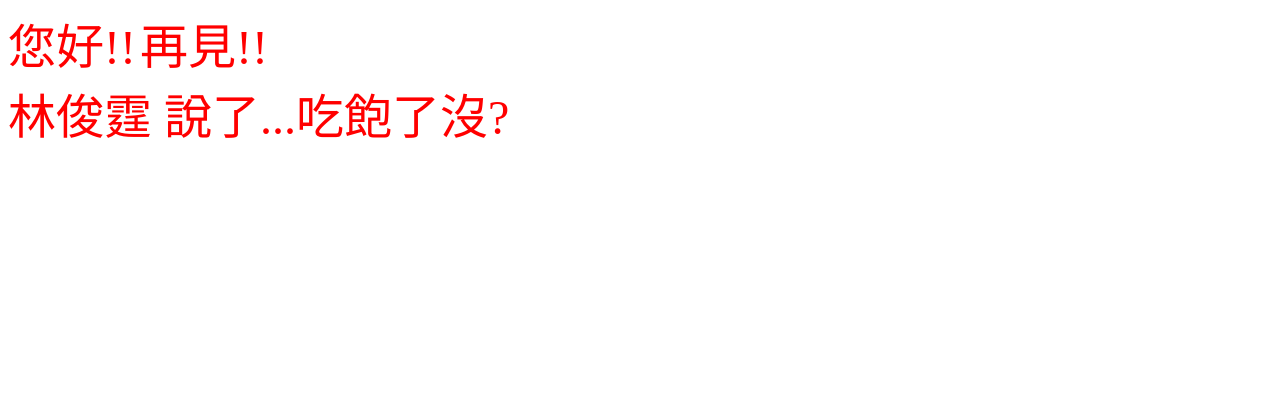
Repository: JunTingLin/web0620
Page: http://localhost/myWeb/testcustomizetag.jsp
An editor plug-in stored every save of this project. The page is shown before and after the next save, followed by the edit.
The browser window is 1280 px wide. The pictures show the whole page.
The page is served by Tomcat 9. Other server files are loaded and not shown.

Above is the page before, as saved 2022-06-25 17:04:16.

### myWeb/src/main/webapp/testcustomizetag.jsp
<%@ page language="java" contentType="text/html; charset=UTF-8"
    pageEncoding="UTF-8"%>
<%@ taglib prefix="junting" uri="http://www.junting.com.tw/tags" %>
<%@ taglib prefix="c" uri="http://java.sun.com/jsp/jstl/core" %>
<!DOCTYPE html>
<html>
<head>
<meta charset="UTF-8">
<title>Insert title here</title>
</head>
<body>
	<c:set var="myname" value="林俊霆"></c:set>
	<junting:hello/>
	<br>
	<junting:whoHello information="吃飽了沒?" who="${ myname }"/>
</body>
</html>

### myWeb/src/main/java/com/gjun/tags/HelloWorldTagHandler.java
package com.gjun.tags;



import java.io.IOException;

import javax.servlet.jsp.JspException;
import javax.servlet.jsp.JspWriter;
import javax.servlet.jsp.PageContext;
import javax.servlet.jsp.tagext.Tag;

public class HelloWorldTagHandler implements Tag{

	private PageContext pageContext;

	@Override
	public int doEndTag() throws JspException {
		JspWriter out = this.pageContext.getOut();
		try {
			out.println("<font size='7' color='red'>再見!!</font>");
		} catch (IOException e) {
			// TODO Auto-generated catch block
			e.printStackTrace();
		}
		return Tag.EVAL_PAGE;
	}

	@Override
	public int doStartTag() throws JspException {
		JspWriter out = this.pageContext.getOut();
		try {
			out.println("<font size='7' color='red'>您好!!</font>");
		} catch (IOException e) {
			// TODO Auto-generated catch block
			e.printStackTrace();
		}
		return Tag.EVAL_PAGE;
	}

	@Override
	public Tag getParent() {
		// TODO Auto-generated method stub
		return null;
	}

	@Override
	public void release() {
		// TODO Auto-generated method stub

	}

	@Override
	public void setPageContext(PageContext pageContext) {
		this.pageContext=pageContext;

	}

	@Override
	public void setParent(Tag t) {
		// TODO Auto-generated method stub

	}

}

### myWeb/src/main/java/com/gjun/tags/WhoHelloTagHandler.java
package com.gjun.tags;

import java.io.IOException;
import java.io.PrintWriter;

import javax.servlet.jsp.JspException;
import javax.servlet.jsp.JspWriter;
import javax.servlet.jsp.PageContext;
import javax.servlet.jsp.tagext.TagSupport;

public class WhoHelloTagHandler extends TagSupport{
	private String who;
	private String information;
	public String getWho() {
		return who;
	}
	public void setWho(String who) {
		this.who = who;
	}
	public String getInformation() {
		return information;
	}
	public void setInformation(String information) {
		this.information = information;
	}
	@Override
	public int doStartTag() throws JspException {
		PageContext pageContext = this.pageContext;
		JspWriter out = pageContext.getOut();
		String msg=String.format("<font size='7' color='red'>%s 說了...%s</font>",who,information);
		try {
			out.println(msg);
		} catch (IOException e) {
			// TODO Auto-generated catch block
			e.printStackTrace();
		}
		return EVAL_PAGE;
	}

}

### myWeb/src/main/java/com/gjun/tags/WhoHelloIterationTagHandler.java
package com.gjun.tags;

import java.io.IOException;
import java.io.PrintWriter;

import javax.servlet.jsp.JspException;
import javax.servlet.jsp.JspWriter;
import javax.servlet.jsp.PageContext;
import javax.servlet.jsp.tagext.TagSupport;

public class WhoHelloIterationTagHandler extends TagSupport {
	private String who;
	private String information;
	private int count = 1;
	// 打招呼的次數
	private int counter;

	public int getCounter() {
		return counter;
	}

	public void setCounter(int counter) {
		this.counter = counter;
	}

	public String getWho() {
		return who;
	}

	public void setWho(String who) {
		this.who = who;
	}

	public String getInformation() {
		return information;
	}

	public void setInformation(String information) {
		this.information = information;
	}

	@Override
	public int doAfterBody() throws JspException {
		if (this.count <= this.counter) {
			JspWriter out = this.pageContext.getOut();
			String msg = String.format("<font size='7' color='red'>%s 說...%s</font><br/>", who, information);
			try {
				out.println(msg);
			} catch (IOException e) {
				// TODO Auto-generated catch block
				e.printStackTrace();
			}
			count++;
			return EVAL_BODY_AGAIN;
		}else {
			return EVAL_PAGE;
		}
	}

	@Override
	public int doStartTag() throws JspException {
		return EVAL_PAGE;
	}

}

After the next save:
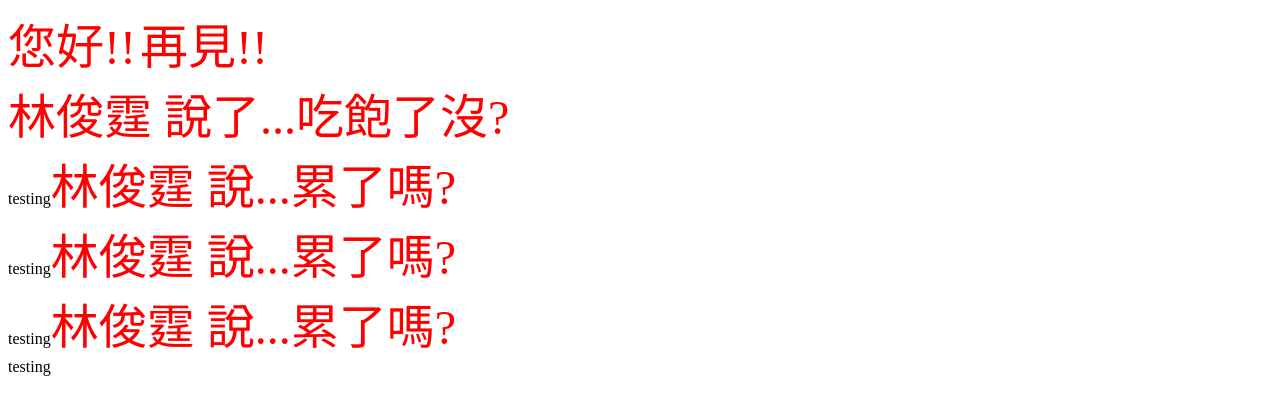
Saved 117 s later.
--- a/myWeb/src/main/webapp/testcustomizetag.jsp
+++ b/myWeb/src/main/webapp/testcustomizetag.jsp
@@ -13,5 +13,7 @@
 	<junting:hello/>
 	<br>
 	<junting:whoHello information="吃飽了沒?" who="${ myname }"/>
+	<br>
+	<junting:whoLoopHello counter="3" information="累了嗎?" who="${ myname }">testing</junting:whoLoopHello>
 </body>
 </html>
